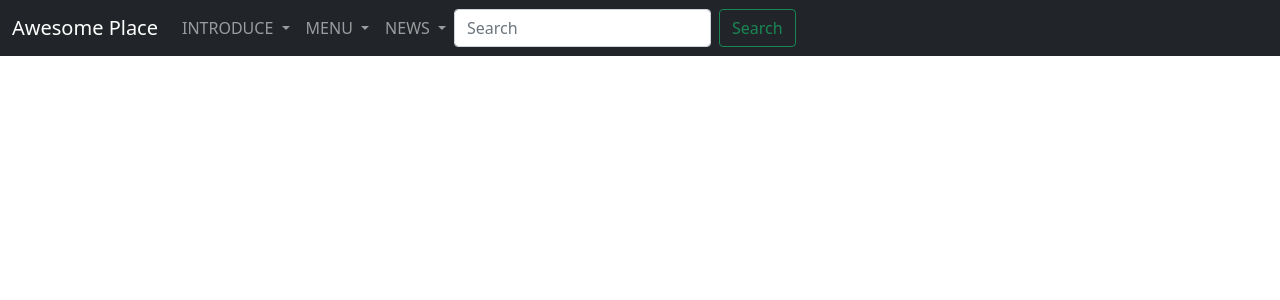
Repository: sikim0629/AwesomePlace
Page: http://localhost/awesomePlace/main.jsp
The author's editor kept a copy of each file at every save. The page is drawn from the files as they stood at one save, then again after the next save.
The browser window is 1280 px wide. The pictures show the whole page.
The page is served by Tomcat 9. Nobody is signed in. The application's start-up code is not run.

Above is the page before, as saved 2021-11-12 09:53:00.

After the next save:
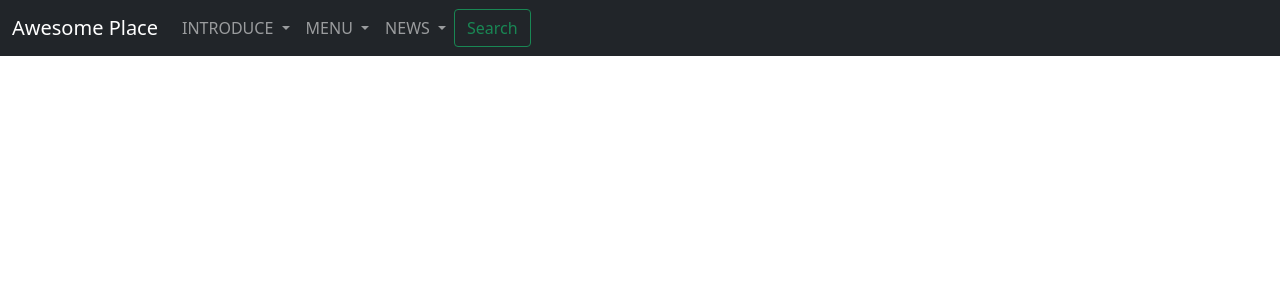
Saved 16 s later.
--- a/awesomePlace/WebContent/header.jsp
+++ b/awesomePlace/WebContent/header.jsp
@@ -52,7 +52,6 @@
 	        </li>
 	      </ul>
 		    	<form class="d-flex">
-		      		<input class="form-control me-2" type="search" placeholder="Search" aria-label="Search">
 		      		<button class="btn btn-outline-success" type="submit">Search</button>
 		    	</form>
 	    </div>
